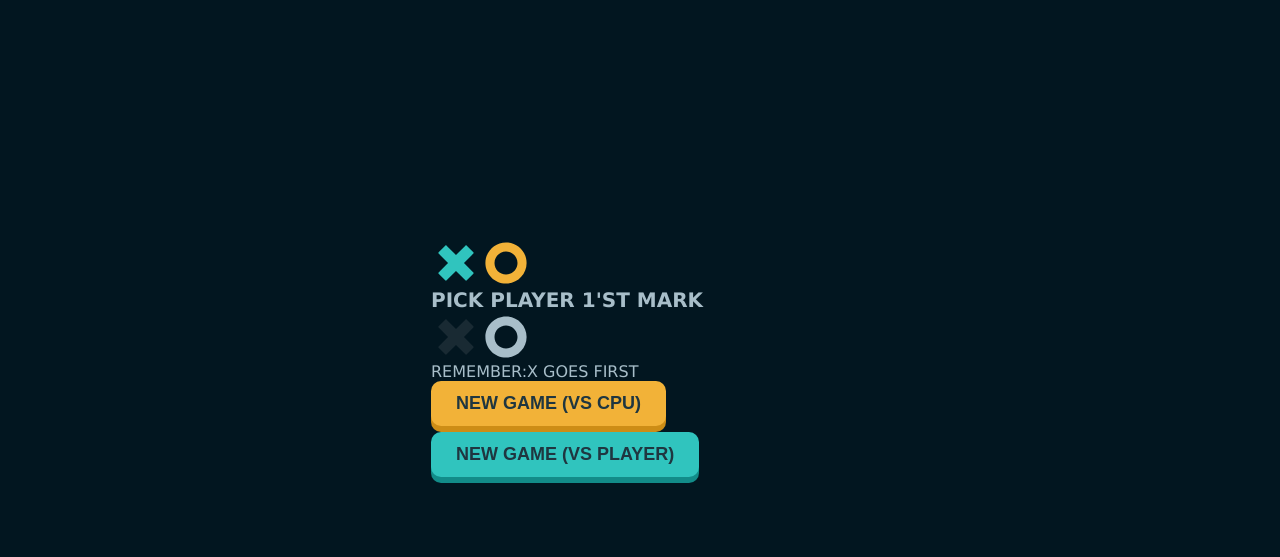
Repository: SD-Mdouka/XO_GAME
Page: /
An editor plug-in stored every save of this project. The page is shown before and after the next save, followed by the edit.
The browser window is 1280 px wide. The pictures show the whole page.
The project was rebuilt for these pictures with package versions that can differ from the ones it lists, and the page was loaded fresh each time. Also part of the build but not shown: src/component/start/Start.js.

Above is the page before, as saved 2022-08-29 15:36:12.

### src/index.css
* {
    padding: 0;
    margin: 0;
    box-sizing: border-box;
}

:root {
    --color-bg-dark: #192a33;
    --color-bg-light: #1f3640;
    --color-gray: #a8bec9;
    --color-gray-dark: #7a8991;
    --color-yellow: #f2b238;
    --color-yellow-dark: #cd8d16;
    --color-blue: #30c4be;
    --color-blue-dark: #128c89;
    --shadow-y: 6px;
}

html {
    font-family: "Lucida Sans", "Lucida Sans Regular", "Lucida Grande", "Lucida Sans Unicode", Geneva, Verdana, sans-serif;
    text-transform: uppercase;
    font-size: 16px;
}

body {
    background-color: var(--color-bg-dark);
    color: var(--color-gray);
}

.App {
    background-color: #021620;
    min-height: 100vh;
    display: flex;
    align-items: center;
    justify-content: center;
}

.container {
    max-width: 450px;
    width: 100%;
    margin-inline: auto;
    padding: 2rem 1rem;
}


/*utilites*/

.card {
    padding: 25px;
    display: flex;
    flex-direction: column;
    gap: 25px;
    border-radius: 15px;
    background-color: var(--color-bg-light);
    -webkit-border-radius: 15px;
    -moz-border-radius: 15px;
    -ms-border-radius: 15px;
    -o-border-radius: 15px;
    text-align: center;
}

.text-lg {
    font-size: 1.25rem;
}

.text-xl {
    font-size: 1.5rem;
}

.text-2xl {
    font-size: 1.725rem;
}

.text-light {
    color: var(--color-gray);
}

.text-blue {
    color: var(--color-blue);
}

.text-yellow {
    color: var(--color-yellow);
}

.btn {
    background-color: var(--color-gray);
    border: none;
    font-size: 1.125rem;
    font-weight: bold;
    padding: 12px 25px;
    text-transform: uppercase;
    cursor: pointer;
    border-radius: 10px;
    -webkit-border-radius: 10px;
    -moz-border-radius: 10px;
    -ms-border-radius: 10px;
    -o-border-radius: 10px;
    color: var(--color-bg-light);
    display: inline-block;
    box-shadow: 0 var(--shadow-y) 0 var(--color-gray-dark);
    margin-bottom: 6px;
    transition: all 0.2s;
    -webkit-transition: all 0.2s;
    -moz-transition: all 0.2s;
    -ms-transition: all 0.2s;
    -o-transition: all 0.2s;
}

.btn:hover {
    --shadow-y: 8px;
    transform: translateY(-2px);
    -webkit-transform: translateY(-2px);
    -moz-transform: translateY(-2px);
    -ms-transform: translateY(-2px);
    -o-transform: translateY(-2px);
}

.btn:active {
    --shadow-y: 4px;
    transform: translateY(2px);
    -webkit-transform: translateY(2px);
    -moz-transform: translateY(2px);
    -ms-transform: translateY(2px);
    -o-transform: translateY(2px);
}

.btn-yellow {
    background-color: var(--color-yellow);
    box-shadow: 0 var(--shadow-y) 0 var(--color-yellow-dark);
}

.btn-blue {
    background-color: var(--color-blue);
    box-shadow: 0 var(--shadow-y) 0 var(--color-blue-dark);
}

.btn-sm {
    --shadow-y: 4px;
}

.btn-sm:hover {
    --shadow-y: 6px;
}

.btn-sm:active {
    --shadow-y: 3px;
}


/* icons */

.icon {
    display: inline-block;
}

.icon svg {
    fill: var(--color-gray);
    height: 50px;
    width: 50px;
    vertical-align: middle;
}

.icon-sm svg {
    height: 30px;
    width: 30px;
}

.icon-lg svg {
    height: 65px;
    width: 65px;
}

.icon-yellow svg {
    fill: var(--color-yellow);
}

.icon-blue svg {
    fill: var(--color-blue);
}

.icon-dark svg {
    fill: var(--color-bg-dark);
}


/* Sarte */

.start {
    display: flex;
    flex-direction: column;
    gap: 25px;
}

.start__header {
    display: flex;
    align-items: center;
    justify-content: center;
}

.start__players {
    background-color: var(--color-bg-dark);
    padding: 10px;
    border-radius: 15px;
    -webkit-border-radius: 15px;
    -moz-border-radius: 15px;
    -ms-border-radius: 15px;
    -o-border-radius: 15px;
    display: flex;
    align-items: center;
    box-shadow: inset 0 0 8px rgba(0, 0, 0, 0.2);
}

.start__players span {
    width: 50%;
    display: flex;
    align-items: center;
    justify-content: center;
    padding: 15px 10px;
    border-radius: 10px;
    -webkit-border-radius: 10px;
    -moz-border-radius: 10px;
    -ms-border-radius: 10px;
    -o-border-radius: 10px;
    cursor: pointer;
}

.start__players--active {
    background-color: var(--color-gray);
    box-shadow: 0 0 8px rgba(255, 255, 255, 0.2);
}

.start__btns {
    display: flex;
    flex-direction: column;
    gap: 12px;
}

### src/App.js
import Board from "./component/board/Board";
import Start from "./component/start/Start";

function App() {
  return (
    <div className="App">
      <div className="container">
        {/* <Start /> */}
        <Board />
      </div>
    </div>
  );
}

export default App;

### src/component/board/Board.js
import React from "react";
import Xicons from "../icons/Xicons";
import Oicons from "../icons/Oicons";

const Board = () => {
  return (
    <div className="board">
      <div className="board__header">
        <div>
          <Xicons />
          <Oicons />
        </div>
      </div>
      <div className="board__body">
        <h1 className="text-lg">Pick Player 1'st mark</h1>
        <div className="board__players">
          <span className="board__players--active">
            <Xicons color={"dark"} />
          </span>
          <span>
            <Oicons color={"light"} />
          </span>
        </div>
        <p className="text-light">remember:x goes first</p>
      </div>
      <div className="board__footer">
        <button className="btn btn-yellow">new game (vs CPU)</button>
        <button className="btn btn-blue">new game (vs Player)</button>
      </div>
    </div>
  );
};

export default Board;

### src/component/icons/Xicons.js
import React from "react";

const Xicon = ({ color, size }) => {
  return (
    <div
      className={`icon ${color ? "icon-" + color : "icon-blue"} ${
        size && "icon-" + size
      }`}
    >
      <svg
        version="1.1"
        id="Layer_1"
        x="0px"
        y="0px"
        width="100px"
        height="100px"
        viewBox="0 0 100 100"
      >
        <path
          d="M84.707,68.752L65.951,49.998l18.75-18.752c0.777-0.777,0.777-2.036,0-2.813L71.566,15.295
	c-0.777-0.777-2.037-0.777-2.814,0L49.999,34.047l-18.75-18.752c-0.746-0.747-2.067-0.747-2.814,0L15.297,28.431
	c-0.373,0.373-0.583,0.88-0.583,1.407c0,0.527,0.21,1.034,0.583,1.407L34.05,49.998L15.294,68.753
	c-0.373,0.374-0.583,0.88-0.583,1.407c0,0.528,0.21,1.035,0.583,1.407l13.136,13.137c0.373,0.373,0.881,0.583,1.41,0.583
	c0.525,0,1.031-0.21,1.404-0.583l18.755-18.755l18.756,18.754c0.389,0.388,0.896,0.583,1.407,0.583c0.511,0,1.019-0.195,1.408-0.583
	l13.138-13.137C85.484,70.789,85.484,69.53,84.707,68.752z"
        />
      </svg>
    </div>
  );
};

export default Xicon;

### src/component/icons/Oicons.js
import React from "react";

const Oicon = ({ color, size }) => {
  return (
    <div
      className={`icon ${color ? "icon-" + color : "icon-yellow"} ${
        size && "icon-" + size
      }`}
    >
      <svg
        version="1.1"
        id="Layer_1"
        x="0px"
        y="0px"
        viewBox="-169 -35 100 100"
      >
        <g>
          <path
            d="M-119,56.2c-22.7,0-41.2-18.5-41.2-41.2s18.5-41.2,41.2-41.2c22.7,0,41.2,18.5,41.2,41.2S-96.3,56.2-119,56.2z M-119-8
		c-12.7,0-23,10.3-23,23c0,12.7,10.3,23,23,23s23-10.3,23-23C-96,2.3-106.3-8-119-8z"
          />
        </g>
      </svg>
    </div>
  );
};

export default Oicon;

### src/component/icons/Refrsh.js
import React from "react";

const Refrsh = () => {
  return (
    <svg
      aria-hidden="true"
      focusable="false"
      data-prefix="fas"
      data-icon="redo"
      role="img"
      xmlns="http://www.w3.org/2000/svg"
      viewBox="0 0 512 512"
    >
      <path
        fill="currentColor"
        d="M500.33 0h-47.41a12 12 0 0 0-12 12.57l4 82.76A247.42 247.42 0 0 0 256 8C119.34 8 7.9 119.53 8 256.19 8.1 393.07 119.1 504 256 504a247.1 247.1 0 0 0 166.18-63.91 12 12 0 0 0 .48-17.43l-34-34a12 12 0 0 0-16.38-.55A176 176 0 1 1 402.1 157.8l-101.53-4.87a12 12 0 0 0-12.57 12v47.41a12 12 0 0 0 12 12h200.33a12 12 0 0 0 12-12V12a12 12 0 0 0-12-12z"
      ></path>
    </svg>
  );
};

export default Refrsh;

Loaded but not shown: public/index.html (common file); src/index.js (common file)

After the next save:
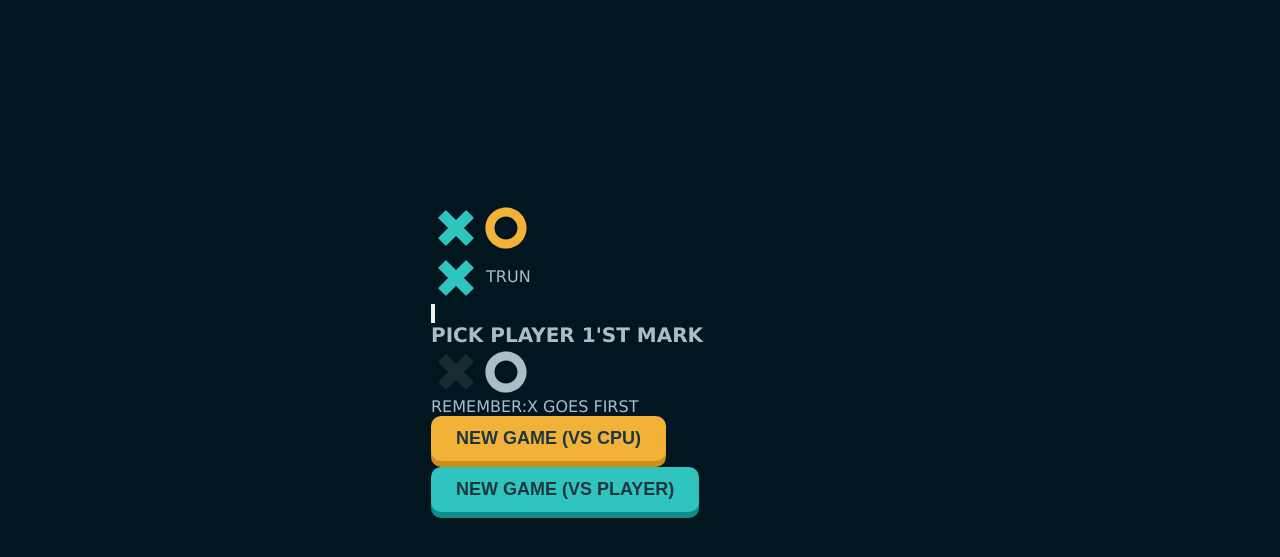
Saved 49 s later.
--- a/src/component/board/Board.js
+++ b/src/component/board/Board.js
@@ -1,6 +1,7 @@
 import React from "react";
 import Xicons from "../icons/Xicons";
 import Oicons from "../icons/Oicons";
+import Refrsh from "../icons/Refrsh";
 
 const Board = () => {
   return (
@@ -9,6 +10,14 @@ const Board = () => {
         <div>
           <Xicons />
           <Oicons />
+        </div>
+        <div className="board__turn">
+          <Xicons /> trun
+        </div>
+        <div>
+          <button>
+            <Refrsh />
+          </button>
         </div>
       </div>
       <div className="board__body">
